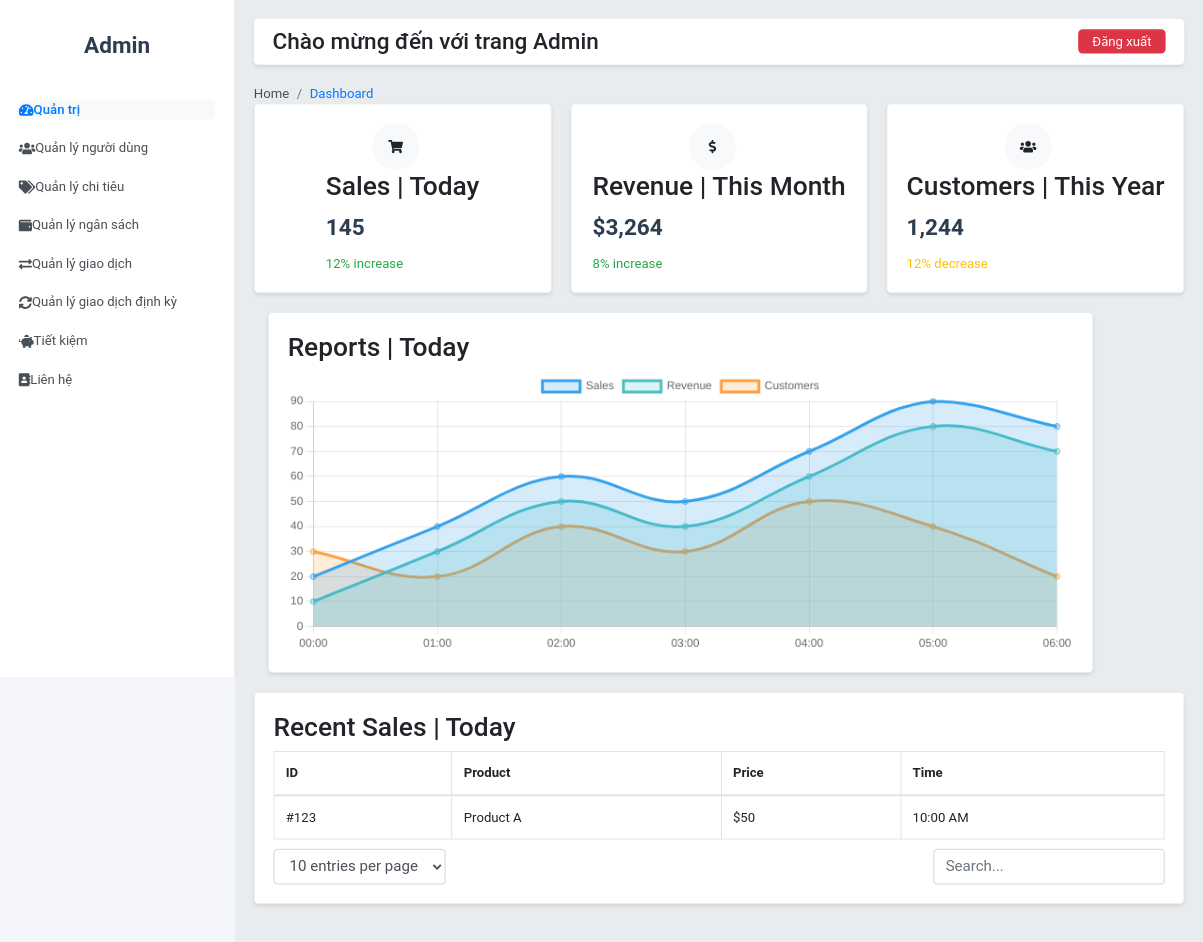
Repository: PhanVanHoa051204/Project3
Page: http://localhost/Project3/dashboard.jsp
An editor plug-in stored every save of this project. The page is shown before and after the next save, followed by the edit.
The browser window is 1280 px wide. The pictures show the whole page, at 94% of full size.
The page is served by Tomcat 9. Other server files are loaded and not shown.

Above is the page before, as saved 2025-03-14 18:46:46.
Console error: TypeError: Cannot read properties of null (reading 'getContext')

### PhanVanHoa_2210900023_K22CNT1/Project3/src/main/webapp/dashboard.jsp
<%@ page language="java" contentType="text/html; charset=UTF-8"
	pageEncoding="UTF-8"%>
<!DOCTYPE html>
<html lang="en">
<head>
<meta charset="UTF-8">
<meta name="viewport" content="width=device-width, initial-scale=1.0">
<title>Admin</title>
<link rel="stylesheet"
	href="https://cdn.jsdelivr.net/npm/bootstrap@4.5.3/dist/css/bootstrap.min.css">
<script src="https://cdn.jsdelivr.net/npm/chart.js"></script>
<script
	src="https://cdnjs.cloudflare.com/ajax/libs/font-awesome/5.15.4/js/all.min.js"></script>
<link rel="stylesheet" href="style.css">
<script src="https://cdn.jsdelivr.net/npm/chart.js"></script>
</head>
<body>
	<div class="container-fluid">
		<div class="row">
			<!-- Sidebar -->
			<div class="sidebar">
				<div class="logo">Admin</div>
				<ul>
					<li class="active"><a href="#"><i
							class="fas fa-tachometer-alt"></i> Quản trị</a></li>
					<li><a
						href="${pageContext.request.contextPath}/NguoiDung/users.jsp"><i
							class="fas fa-users"></i> Quản lý người dùng</a></li>
					<li><a
						href="${pageContext.request.contextPath}/ChiTieu/categories.jsp"><i
							class="fas fa-tags"></i> Quản lý chi tiêu</a></li>
					<li><a
						href="${pageContext.request.contextPath}/NganSach/budgets.jsp"><i
							class="fas fa-wallet"></i> Quản lý ngân sách</a></li>
					<li><a
						href="${pageContext.request.contextPath}/GiaoDich/transactions.jsp"><i
							class="fas fa-exchange-alt"></i> Quản lý giao dịch</a></li>
					<li><a
						href="${pageContext.request.contextPath}/GDDinhKy/recurringtransactions.jsp"><i
							class="fas fa-sync-alt"></i> Quản lý giao dịch định kỳ</a></li>
					<li><a
						href="${pageContext.request.contextPath}/TietKiem/goals.jsp"><i
							class="fas fa-piggy-bank"></i> Tiết kiệm</a></li>
					<li><a href="https://web.facebook.com/PhanHoa05122004"><i
							class="fas fa-address-book"></i> Liên hệ</a></li>
				</ul>
			</div>

			<!-- Main Content -->
			<div class="main-content">
				<header>
					<div class="">
						<h1>Chào mừng đến với trang Admin</h1>
					</div>
					<div class="submit-section">
						<a href="login.jsp" class="logout-btn">Đăng xuất</a>
					</div>
				</header>

				<!-- Dashboard Content -->
				<div class="dashboard-content">
					<nav aria-label="breadcrumb">
						<ol class="breadcrumb">
							<li class="breadcrumb-item"><a href="dashboard.jsp">Home</a></li>
							<li class="breadcrumb-item active" aria-current="page">Dashboard</li>
						</ol>
					</nav>

					<div class="cards">
						<div class="card stats-card">
							<div class="card-icon">
								<i class="fas fa-shopping-cart"></i>
							</div>
							<div class="card-content">
								<h3>Sales | Today</h3>
								<p class="stats-value">145</p>
								<span class="stats-change text-success">12% increase</span>
							</div>
						</div>
						<div class="card stats-card">
							<div class="card-icon">
								<i class="fas fa-dollar-sign"></i>
							</div>
							<div class="card-content">
								<h3>Revenue | This Month</h3>
								<p class="stats-value">$3,264</p>
								<span class="stats-change text-success">8% increase</span>
							</div>
						</div>
						<div class="card stats-card">
							<div class="card-icon">
								<i class="fas fa-users"></i>
							</div>
							<div class="card-content">
								<h3>Customers | This Year</h3>
								<p class="stats-value">1,244</p>
								<span class="stats-change text-warning">12% decrease</span>
							</div>
						</div>

					</div>

					<div class="row">
						<div class="col-md-11">
							<div class="chart-section">
								<h3>Reports | Today</h3>
								<canvas id="reportsChart"></canvas>
							</div>
						</div>
						<!-- <div class="col-md-4">
							<div class="budget-report">
								<h3>Budget Report | This Month</h3>
								<canvas id="budgetChart"></canvas>
							</div>
						</div> -->
					</div>

					<div class="recent-sales">
						<h3>Recent Sales | Today</h3>
						<table class="table table-bordered">
							<thead>
								<tr>
									<th>ID</th>
									<th>Product</th>
									<th>Price</th>
									<th>Time</th>
								</tr>
							</thead>
							<tbody>
								<tr>
									<td>#123</td>
									<td>Product A</td>
									<td>$50</td>
									<td>10:00 AM</td>
								</tr>
							</tbody>
						</table>
						<div class="table-footer">
							<select class="form-control d-inline-block w-auto">
								<option>10 entries per page</option>
							</select> <input type="text"
								class="form-control d-inline-block w-auto ml-2"
								placeholder="Search...">
						</div>
					</div>
				</div>
			</div>
		</div>
	</div>

	<!-- Scripts -->
	<script>
		// Reports Chart
		const reportsCtx = document.getElementById('reportsChart').getContext(
				'2d');
		new Chart(reportsCtx, {
			type : 'line',
			data : {
				labels : [ '00:00', '01:00', '02:00', '03:00', '04:00',
						'05:00', '06:00' ],
				datasets : [ {
					label : 'Sales',
					data : [ 20, 40, 60, 50, 70, 90, 80 ],
					borderColor : 'rgba(54, 162, 235, 1)',
					backgroundColor : 'rgba(54, 162, 235, 0.2)',
					fill : true,
					tension : 0.4
				}, {
					label : 'Revenue',
					data : [ 10, 30, 50, 40, 60, 80, 70 ],
					borderColor : 'rgba(75, 192, 192, 1)',
					backgroundColor : 'rgba(75, 192, 192, 0.2)',
					fill : true,
					tension : 0.4
				}, {
					label : 'Customers',
					data : [ 30, 20, 40, 30, 50, 40, 20 ],
					borderColor : 'rgba(255, 159, 64, 1)',
					backgroundColor : 'rgba(255, 159, 64, 0.2)',
					fill : true,
					tension : 0.4
				} ]
			},
			options : {
				scales : {
					y : {
						beginAtZero : true
					}
				}
			}
		});

		// Budget Chart (Radar Chart)
		const budgetCtx = document.getElementById('budgetChart').getContext(
				'2d');
		new Chart(budgetCtx, {
			type : 'radar',
			data : {
				labels : [ 'Administration', 'Marketing', 'Development',
						'Sales', 'on Technology' ],
				datasets : [ {
					label : 'Allocated Budget',
					data : [ 65, 59, 80, 81, 56 ],
					backgroundColor : 'rgba(54, 162, 235, 0.2)',
					borderColor : 'rgba(54, 162, 235, 1)',
					borderWidth : 2
				}, {
					label : 'Actual Spending',
					data : [ 28, 48, 40, 19, 86 ],
					backgroundColor : 'rgba(75, 192, 192, 0.2)',
					borderColor : 'rgba(75, 192, 192, 1)',
					borderWidth : 2
				} ]
			},
			options : {
				scales : {
					r : {
						beginAtZero : true
					}
				}
			}
		});
	</script>
</html>

### PhanVanHoa_2210900023_K22CNT1/Project3/src/main/webapp/style.css
* {
    margin: 0;
    padding: 0;
    box-sizing: border-box;
    font-family: 'Roboto', sans-serif;
}

body {
    background-color: #f4f6f9;
    font-size: 14px;
    min-height: 100vh;
    overflow-x: hidden;
}

.container-fluid {
    padding: 0;
}

.row {
    margin: 0;
}

/* Sidebar */
.sidebar {
    width: 250px;
    background-color: #fff;
    padding: 20px 0;
    border-right: 1px solid #e9ecef;
    height: 100vh;
    position: fixed;
    top: 0;
    left: 0;
    overflow-y: auto;
    z-index: 1000;
}

.logo {
    font-size: 24px;
    font-weight: 700;
    color: #2c3e50;
    text-align: center;
    padding: 10px 0;
    margin-bottom: 20px;
}

.sidebar ul {
    list-style: none;
    padding: 0;
}

.sidebar ul li {
    padding: 10px 20px;
}

.sidebar ul li a {
    color: #495057;
    text-decoration: none;
    display: flex;
    align-items: center;
    transition: all 0.3s;
}

.sidebar ul li a i {
    margin-right: 10px;
}

.sidebar ul li.active a, .sidebar ul li a:hover {
    color: #007bff;
    background-color: #f8f9fa;
    border-radius: 5px;
}

.sidebar ul li.active a {
    font-weight: 500;
}

/* Main Content */
.main-content {
    margin-left: 250px;
    padding: 20px;
    flex: 1;
    min-height: 100vh;
    background-color: #e9ecef;
    overflow-y: auto;
    position: relative;
    z-index: 1;
}

header {
    display: flex;
    justify-content: space-between;
    align-items: center;
    margin-bottom: 20px;
    background: #fff;
    padding: 10px 20px;
    border-radius: 5px;
    box-shadow: 0 2px 4px rgba(0, 0, 0, 0.1);
    position: sticky;
    top: 0;
    z-index: 10;
}

header h1 {
    margin: 0;
    font-size: 24px;
}

.submit-section .logout-btn {
    padding: 5px 15px;
    background-color: #dc3545;
    color: #fff;
    text-decoration: none;
    border-radius: 5px;
}

.submit-section .logout-btn:hover {
    background-color: #c82333;
}

.dashboard-content {
    padding: 0;
}

.breadcrumb {
    background: transparent;
    padding: 0;
    margin: 0;
}

.breadcrumb-item a {
    color: #495057;
}

.breadcrumb-item.active {
    color: #007bff;
}

.cards {
    display: flex;
    justify-content: space-between;
    margin-bottom: 20px;
    gap: 20px;
    flex-wrap: wrap;
}

.card {
    background: #fff;
    border: 1px solid #e9ecef;
    border-radius: 5px;
    padding: 20px;
    box-shadow: 0 2px 4px rgba(0, 0, 0, 0.1);
    flex: 1;
    min-width: 200px;
    display: flex;
    align-items: center;
    transition: transform 0.3s;
}

.card:hover {
    transform: translateY(-5px);
}

.card-icon {
    width: 50px;
    height: 50px;
    background: #f8f9fa;
    border-radius: 50%;
    display: flex;
    align-items: center;
    justify-content: center;
    margin-right: 15px;
}

.card-icon i {
    font-size: 24px;
    color: #6c757d;
}

.card-content {
    flex: 1;
    text-align: left;
}

.stats-value {
    font-size: 24px;
    font-weight: 700;
    color: #2c3e50;
    margin: 10px 0;
}

.stats-change {
    font-size: 14px;
    display: block;
}

.text-success {
    color: #28a745;
}

.text-warning {
    color: #ffc107;
}

.chart-section {
    background: #fff;
    border: 1px solid #e9ecef;
    border-radius: 5px;
    padding: 20px;
    margin-bottom: 20px;
    box-shadow: 0 2px 4px rgba(0, 0, 0, 0.1);
}

.chart-section canvas {
    max-height: 300px;
    width: 100% !important; /* Đảm bảo canvas chiếm toàn bộ chiều rộng */
    height: auto !important; /* Tự động điều chỉnh chiều cao */
}

.recent-sales {
    background: #fff;
    border: 1px solid #e9ecef;
    border-radius: 5px;
    padding: 20px;
    margin-bottom: 20px;
    box-shadow: 0 2px 4px rgba(0, 0, 0, 0.1);
}

.table {
    margin-bottom: 0;
}

.table-footer {
    margin-top: 10px;
    display: flex;
    justify-content: space-between;
}

After the next save:
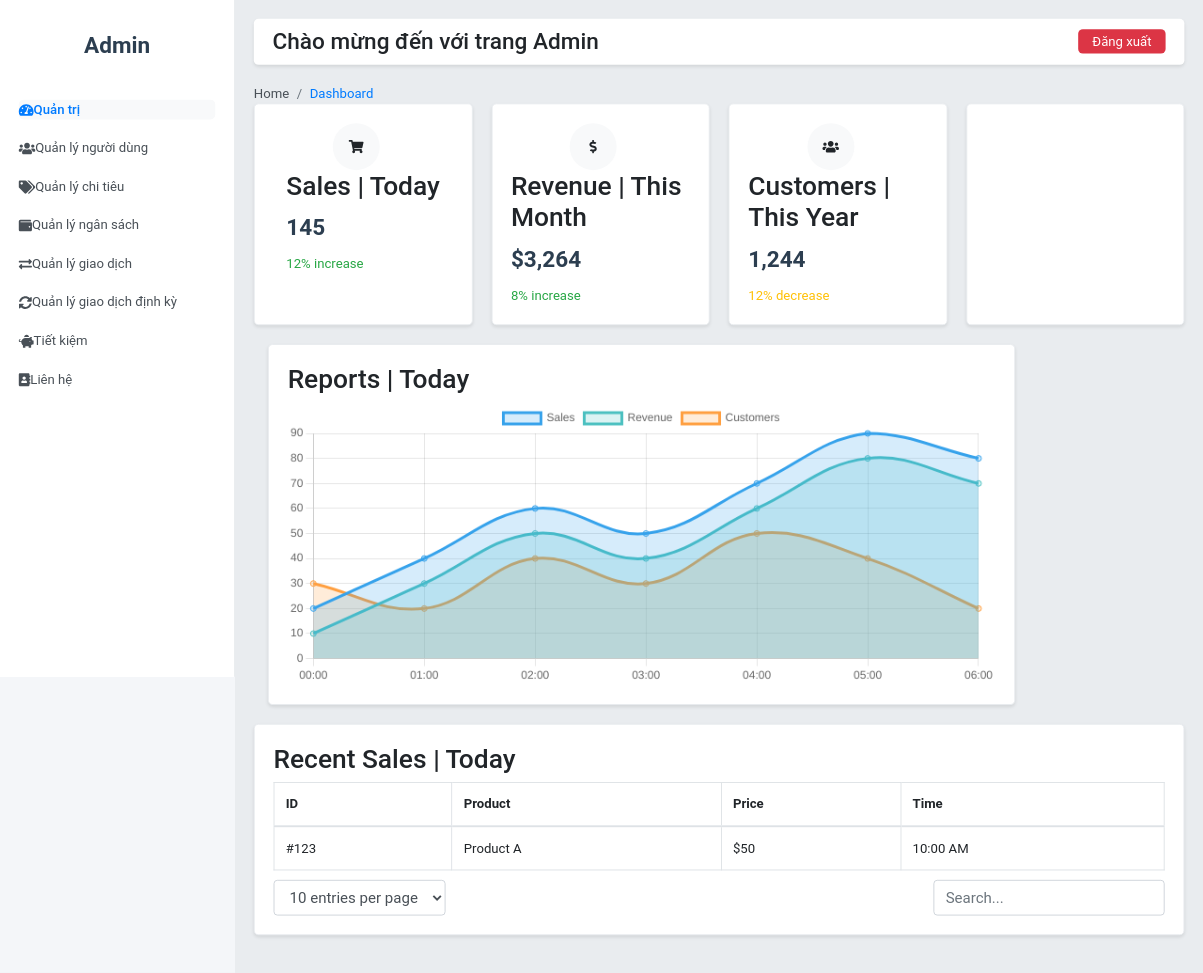
Saved 14 s later.
--- a/PhanVanHoa_2210900023_K22CNT1/Project3/src/main/webapp/dashboard.jsp
+++ b/PhanVanHoa_2210900023_K22CNT1/Project3/src/main/webapp/dashboard.jsp
@@ -97,22 +97,33 @@
 								<span class="stats-change text-warning">12% decrease</span>
 							</div>
 						</div>
-
+						<div class="card stats-card">
+							<div class="card-content">
+								<!-- <h3>Recent Activity | Today</h3>
+								<ul class="activity-list">
+									<li><span class="dot green"></span>32 min - Quia quaerere
+										rem explicabo officiis beatae</li>
+									<li><span class="dot red"></span>56 min - Voluptatem
+										blanditiis blanditiis eveniet</li>
+									<li><span class="dot blue"></span>2 hrs - Voluptates
+										corrupti molestias voluptatem</li>
+									<li><span class="dot yellow"></span>1 day - Tempore autem
+										saepe occaecati voluptatem tempore</li>
+									<li><span class="dot grey"></span>4 weeks - Dicta dolorem
+										harum nulla eius. Ut quidem quidem sit</li>
+								</ul> -->
+							</div>
+						</div>
 					</div>
 
 					<div class="row">
-						<div class="col-md-11">
+						<div class="col-md-10">
 							<div class="chart-section">
 								<h3>Reports | Today</h3>
 								<canvas id="reportsChart"></canvas>
 							</div>
 						</div>
-						<!-- <div class="col-md-4">
-							<div class="budget-report">
-								<h3>Budget Report | This Month</h3>
-								<canvas id="budgetChart"></canvas>
-							</div>
-						</div> -->
+
 					</div>
 
 					<div class="recent-sales">
